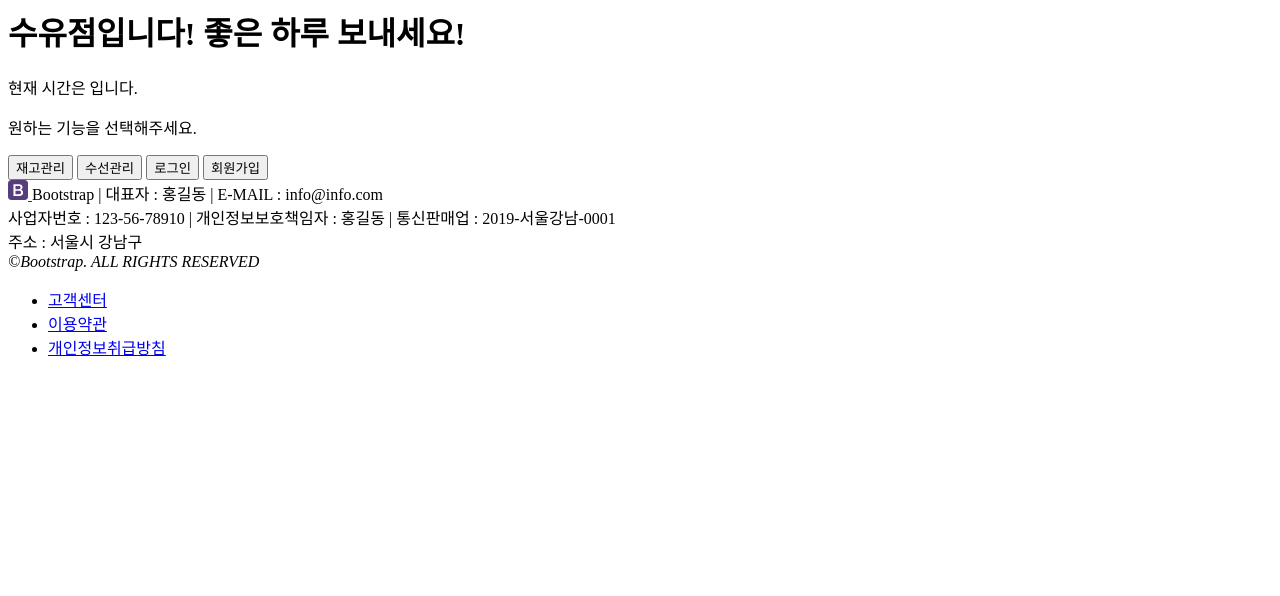
Repository: RattenLegs/Project_Inventory
Page: http://localhost/Project_Inventory/WEB-INF/views/home.jsp
An editor plug-in stored every save of this project. The page is shown before and after the next save, followed by the edit.
The browser window is 1280 px wide. The pictures show the whole page.
The page is served by Tomcat 9. Nobody is signed in. The template is opened directly, without the code that normally fills it, so the values that code supplies are empty.

Above is the page before, as saved 2022-11-30 10:18:29.

After the next save:
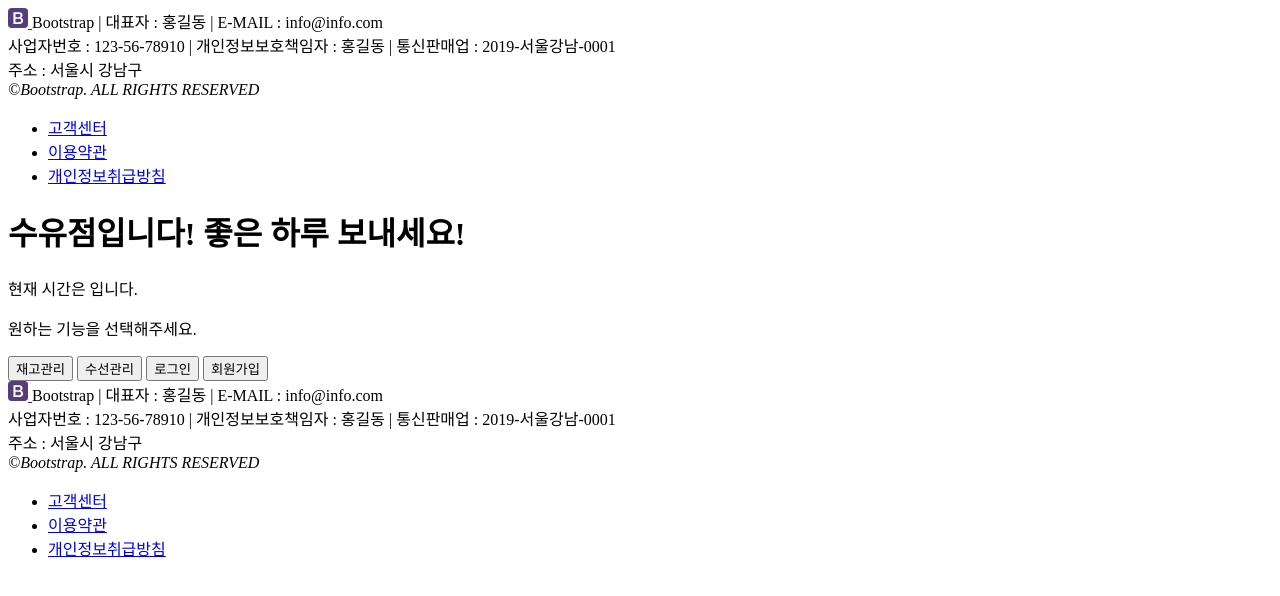
Saved 53 s later.
--- a/Project_Inventory/src/main/webapp/WEB-INF/views/home.jsp
+++ b/Project_Inventory/src/main/webapp/WEB-INF/views/home.jsp
@@ -9,6 +9,8 @@
 	<title>수유점 관리시스템에 오신걸 환영합니다.</title>
 </head>
 <body>
+
+<jsp:include page="../include/footer.jsp"/>
 <h1>
 	수유점입니다! 좋은 하루 보내세요!
 </h1>

After the save that followed:
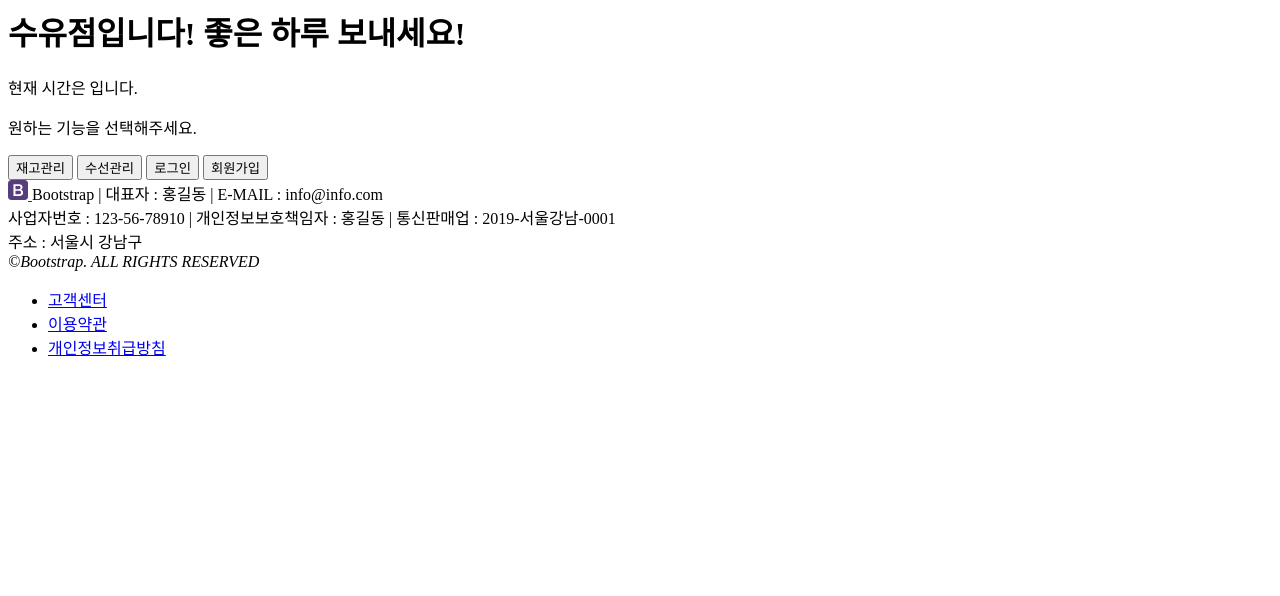
Saved 5 s later.
--- a/Project_Inventory/src/main/webapp/WEB-INF/views/home.jsp
+++ b/Project_Inventory/src/main/webapp/WEB-INF/views/home.jsp
@@ -10,7 +10,7 @@
 </head>
 <body>
 
-<jsp:include page="../include/footer.jsp"/>
+<jsp:include page="../include/header.jsp"/>
 <h1>
 	수유점입니다! 좋은 하루 보내세요!
 </h1>
